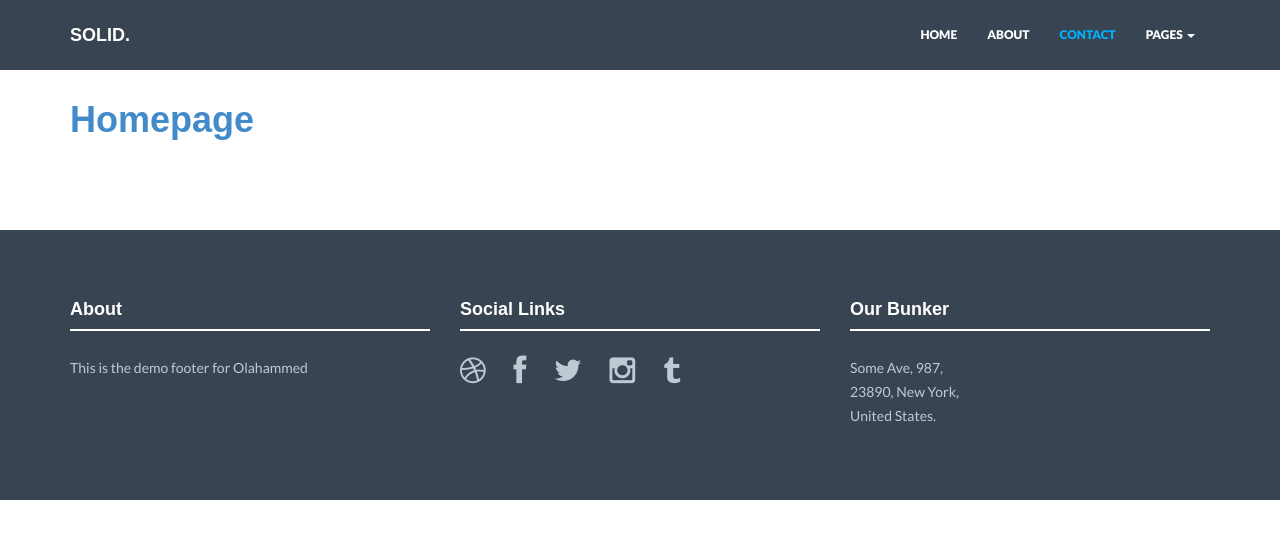
Repository: RedOx98/eclipse-workspace
Page: http://localhost/SessionsContinued/
An editor plug-in stored every save of this project. The page is shown before and after the next save, followed by the edit.
The browser window is 1280 px wide. The pictures show the whole page.
Some web fonts or font styles are not loaded; a fallback is used. Some web libraries are served in a nearby version. The page is served by Tomcat 9.

Above is the page before, as saved 2024-05-23 15:44:55.

After the next save:
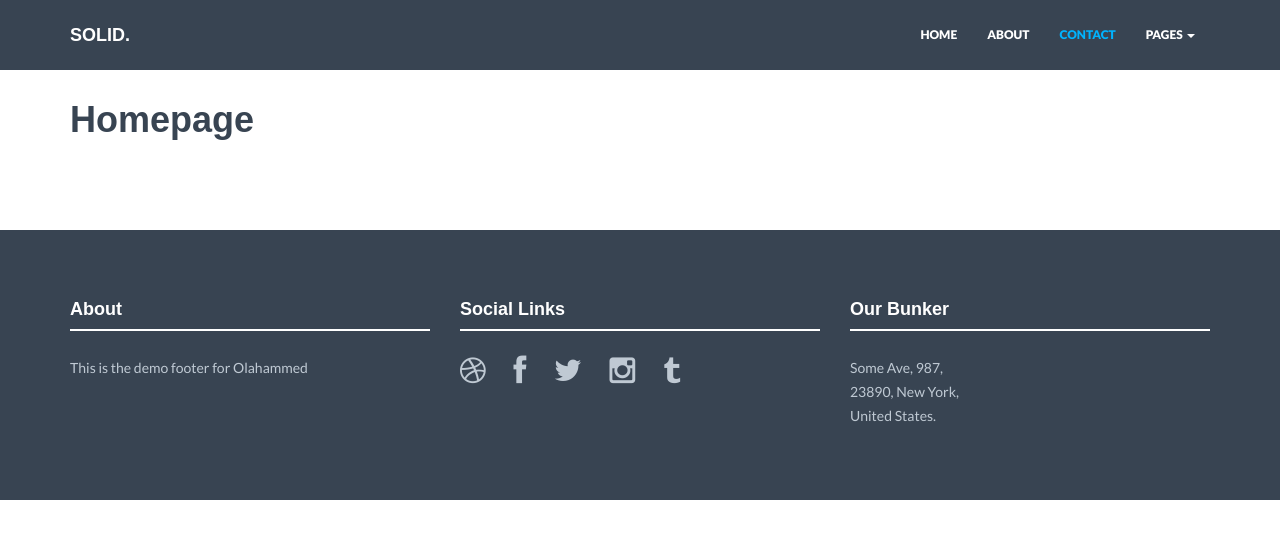
Saved 63 s later.
--- a/SessionsContinued/src/main/webapp/index.jsp
+++ b/SessionsContinued/src/main/webapp/index.jsp
@@ -8,7 +8,7 @@
 
 
 
-<a href="<%=request.getContextPath()%>/SiteController?action=login"><h1> Homepage</h1></a>
+<h1>Homepage</h1>
 
 
 
